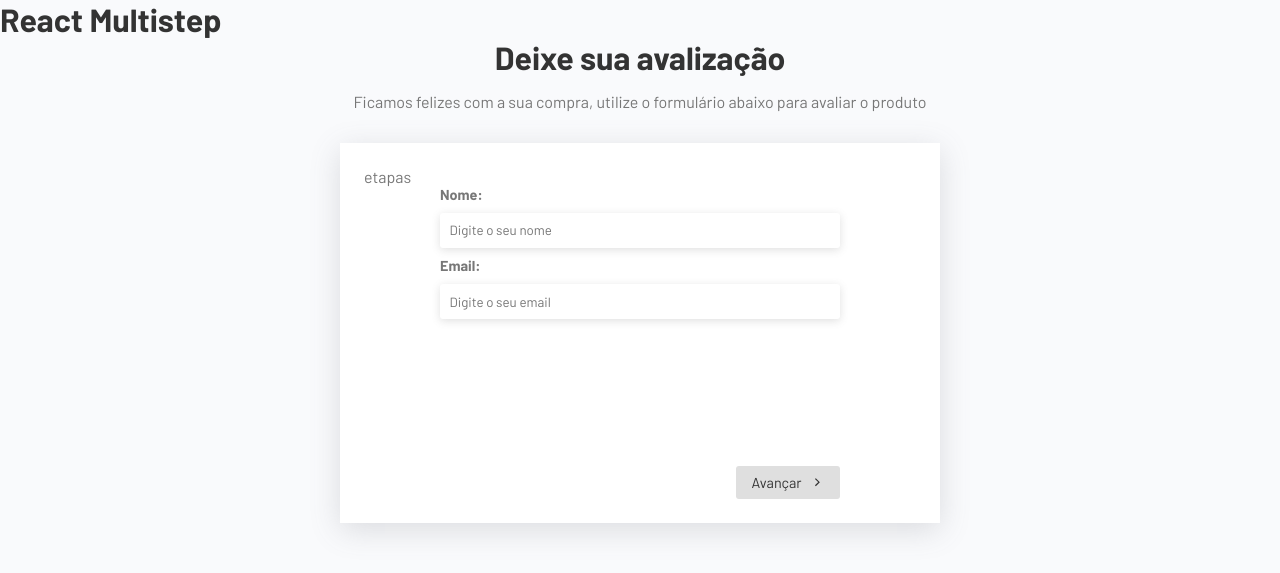
Repository: Bitroia/multistep_form_react
Page: / (app in multistep_form_react/)
The author's editor kept a copy of each file at every save. The page is drawn from the files as they stood at one save, then again after the next save.
The browser window is 1280 px wide. The pictures show the whole page.
The project was rebuilt for these pictures with package versions that can differ from the ones it lists, and the page was loaded fresh each time. Also part of the build but not shown: multistep_form_react/vite.config.js, multistep_form_react/src/components/ReviewForm.jsx, multistep_form_react/src/components/Thanks.jsx.

Above is the page before, as saved 2026-06-12 14:14:15.

### multistep_form_react/index.html
<!doctype html>
<html lang="pt-br">
  <head>
    <meta charset="UTF-8" />
    <link rel="icon" type="image/svg+xml" href="/favicon.svg" />
    <link rel="preconnect" href="https://fonts.googleapis.com" />
    <link rel="preconnect" href="https://fonts.gstatic.com" crossorigin />
    <link
      href="https://fonts.googleapis.com/css2?family=Barlow:ital,wght@0,100;0,200;0,300;0,400;0,500;0,600;0,700;0,800;0,900;1,100;1,200;1,300;1,400;1,500;1,600;1,700;1,800;1,900&family=Lato:ital,wght@0,100;0,300;0,400;0,700;0,900;1,100;1,300;1,400;1,700;1,900&family=Montserrat:ital,wght@0,100..900;1,100..900&family=Roboto:ital,wght@0,100..900;1,100..900&display=swap"
      rel="stylesheet"
    />
    <meta name="viewport" content="width=device-width, initial-scale=1.0" />
    <title>Multistep Form com React</title>
  </head>
  <body>
    <div id="root"></div>
    <script type="module" src="/src/main.jsx"></script>
  </body>
</html>

### multistep_form_react/src/index.css
* {
  font-family: "Barlow";
  padding: 0;
  margin: 0;
  box-sizing: border-box;
  color: #333;
}

p {
  color: #777;
}

body {
  background-color: #f9fafc;
}

### multistep_form_react/src/App.jsx
//! Components
import { GrFormNext, GrFormPrevious } from "react-icons/gr";
import { FiSend } from "react-icons/fi";
import UserForm from "./components/UserForm";
import ReviewForm from "./components/ReviewForm";
import Thanks from "./components/Thanks";
import { useState } from "react";

//! Hooks

import { useForm } from "./hooks/UseForm";

import "./App.css";

function App() {
  const formComponents = [<UserForm />, <ReviewForm />, <Thanks />];

  const { currentStep, currentComponent, changeStep, isLastStep, isFirstStep } =
    useForm(formComponents);

  return (
    <div className="App">
      <h1>React Multistep</h1>
      <div className="header">
        <h2>Deixe sua avalização</h2>
        <p>
          Ficamos felizes com a sua compra, utilize o formulário abaixo para
          avaliar o produto
        </p>
      </div>
      <div className="form-container">
        <p>etapas</p>
        <form onSubmit={(e) => changeStep(currentStep + 1, e)}>
          <div className="inputs-container">{currentComponent}</div>
          <div className="actions">
            {!isFirstStep && (
              <button type="button" onClick={() => changeStep(currentStep - 1)}>
                <GrFormPrevious />
                <span>Voltar</span>
              </button>
            )}
            {!isLastStep ? (
              <button type="submit">
                <span>Avançar</span>
                <GrFormNext />
              </button>
            ) : (
              <button type="button">
                <span>Enviar</span>
                <FiSend />
              </button>
            )}
          </div>
        </form>
      </div>
    </div>
  );
}

export default App;

### multistep_form_react/src/components/UserForm.jsx
import React from "react";

const UserForm = () => {
  return (
    <div>
      <div className="form-control">
        <label htmlFor="name">Nome:</label>
        <input
          type="text"
          name="text"
          id="name"
          placeholder="Digite o seu nome"
          required
        />
        <label htmlFor="name">Email:</label>
        <input
          type="email"
          name="email"
          id="email"
          placeholder="Digite o seu email"
          required
        />
      </div>
    </div>
  );
};

export default UserForm;

### multistep_form_react/src/hooks/useForm.jsx
import { useState } from "react";

export function useForm(steps) {
  const [currentStep, setCurrentStep] = useState(0);

  function changeStep(i, e) {
    if (e) e.preventDefault();

    if (i < 0 || i >= steps.length) return;

    setCurrentStep(i);
  }

  return {
    currentStep,
    currentComponent: steps[currentStep],
    changeStep,
    isLastStep: currentStep + 1 === steps.length ? true : false,
    isFirstStep: currentStep === 0 ? true : false,
  };
}

### multistep_form_react/src/App.css
.app {
  padding: 2rem;
}

/* Cabeçalho */

.header {
  text-align: center;
  margin-bottom: 2rem;
}

.header h2 {
  font-size: 2rem;
  margin-bottom: 1rem;
}

/* Forms */

.form-container {
  max-width: 600px;
  margin: 0 auto;
  background-color: #fff;
  padding: 1.5rem;
  box-shadow: rgba(100, 100, 111, 0.2) 0px 7px 29px 0px;
}

.form-container form {
  max-width: 400px;
  margin: 0 auto;
}

.inputs-container {
  min-height: 280px;
}

.form-control {
  display: flex;
  flex-direction: column;
  margin-bottom: 2rem;
  gap: 0.6rem;
}

label {
  font-weight: bold;
  font-size: 0.9rem;
  color: #777;
}

input,
textarea {
  padding: 0.6rem;
  border: none;
  border-radius: 3px;
  box-shadow: rgba(99, 99, 99, 0.2) 0px 2px 8px 0;
}

textarea {
  height: 120px;
}

/* Actions */

.actions {
  display: flex;
  justify-content: flex-end;
  gap: 1rem;
}

.actions button {
  font-size: 0.9rem;
  padding: 0.5rem 1rem;
  gap: 0.5rem;
  display: flex;
  align-items: center;
  border-radius: 3px;
  background-color: #dfdfdf;
  cursor: pointer;
  border: none;
  transition: 0.3s;
}

.actions button:hover{
    background-color: #cfcfcf;
}

Loaded but not shown: multistep_form_react/src/main.jsx (common file)

After the next save:
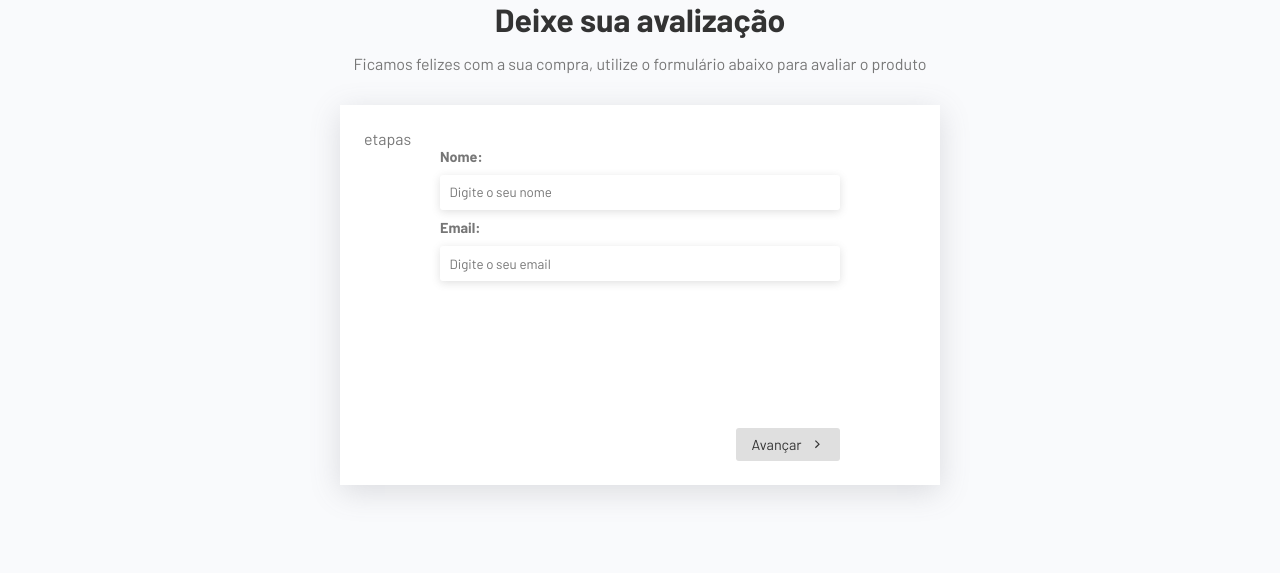
Saved 29 s later.
--- a/multistep_form_react/src/App.jsx
+++ b/multistep_form_react/src/App.jsx
@@ -20,7 +20,6 @@ function App() {
 
   return (
     <div className="App">
-      <h1>React Multistep</h1>
       <div className="header">
         <h2>Deixe sua avalização</h2>
         <p>
